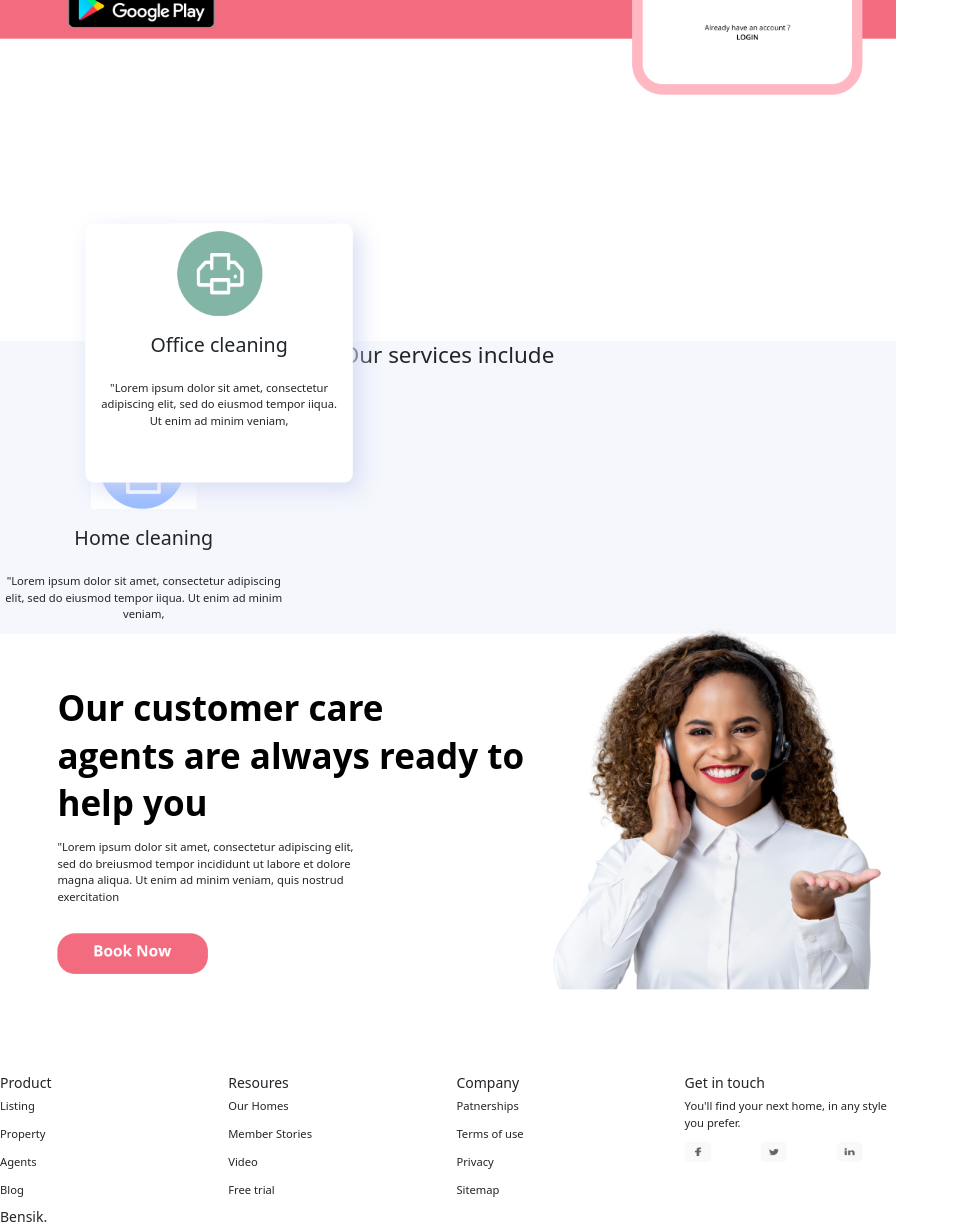
Repository: uy022/QuocUybaitapgiuaki
Page: index.html
The author's editor kept a copy of each file at every save. The page is drawn from the files as they stood at one save, then again after the next save.
The browser window is 1280 px wide. The page is 1393 px wide, so the pictures cover 1393 px, including what lies to the right of the window. The pictures show the part of the page from y = 1315 to 3075 px (the page is 3075 px tall before and 2775 px after), at 70% of full size.

Above is the page before, as saved 2022-08-31 02:32:27.

### index.html
<!DOCTYPE html>
<html>
    <head>
        <title> Bài tập giữa kỳ </title>
        <link href="node_modules/bootstrap/dist/css/bootstrap.min.css" rel="stylesheet" />
       <link rel="stylesheet" href="./css/style1.css">
    </head>
    <body>


        <div class="menu">
            <nav class="navbar navbar-expand-lg menu">
                <div class="container-fluid">
                  <div class="col-md-6 logo">
                    <img src="./imgs/Clean Cruiz LOGO 1.png" alt="">
                  </div>
                  <button class="navbar-toggler" type="button" data-bs-toggle="collapse" data-bs-target="#navbarSupportedContent" aria-controls="navbarSupportedContent" aria-expanded="false" aria-label="Toggle navigation">
                    <span class="navbar-toggler-icon"></span>
                  </button>
                  <div class="collapse navbar-collapse" id="navbarSupportedContent">
                    <ul class="navbar-nav me-auto  mb-2 mb-lg-0">
                      <li class="nav-item">
                        <a class="nav-link active" aria-current="page" href="#">Menu</a>
                      </li>
                      <li class="nav-item">
                        <a class="nav-link" href="#">About Us</a>
                      </li>
                      <li class="nav-item">
                        <a class="nav-link" href="#">Sevrices</a>
                      </li>
                      <li class="nav-item">
                        <a class="nav-link disabled">Contact</a>
                      </li>
                    </ul>
                    <form class="d-flex col-7" >
                      <button class="btn btn-outline-success" type="submit">Login</button>
                    </form>
                  </div>
                </div>
              </nav>
        </div>


        <div class="content">
          <div class=" container">
              <div class="title mt-5"> <br>
                <p>Let us handle your <br> next cleaning</p>
              </div>
              <div class="row">
                  <div class="col-5">
                      <div class="item">
                          <p>
                            "Lorem ipsum dolor sit amet, consectetur adipiscing elit, sed do breiusmod tempor incididunt ut labore et dolore magna aliqua. Ut enim ad minim veniam, quis nostrud exercitation
                          </p>
                          <div class="md-5">
                           <img src="./imgs/Book now.png" alt="">
                          </div>
                      </div>
                    </div>
        <br>
                 <div class = "col-6">
                    <div class="anh" ><br>
                        <img src="./imgs/Illustration 1 1.png" >
                    </div>
                 </div>
          </div>

        </div>
        <br><br><br><br><br><br><br><br><br>

        <div class="client dropup-center">
          <ul class ="d-flex justify-content-between align-items-center">
              <li><img src ="./imgs/1.png" alt=""></li>
              <li><img src ="./imgs/2.png" alt=""></li>
              <li><img src ="./imgs/3.png" alt=""></li>
              <li><img src ="./imgs/4.png" alt=""></li>
              <li><img src ="./imgs/5.png" alt=""></li>
              <li><img src ="./imgs/6.png" alt=""></li>
        </ul>
        </div>
        <br><br>
        <div class="content2">
          <div class=" container">
              <div class="title1 mt-5">
                <p>Download the Clean Cruiz App on playstore and get 10% discount!</p>
              </div>
              <div class="row">
                  <div class="col-5">
                      <div class="item">
                          <p>
                            "Lorem ipsum dolor sit amet, consectetur adipiscing elit, sed do eiusmod tempor incididunt ut labore et dolore magna aliqua. Ut enim ad minim veniam,
                          </p>
                          <div class="md-5">
                           <img src="./imgs/Google play 1.png" alt="">
                          </div>
                      </div>
                    </div>

                 <div class = "col-6">
                    <div class="an" >
                        <img src="./imgs/iPhone 11 Pro Max - 2 1.png" >
                    </div>
                 </div>
          </div>

        </div>
      </div>
       <br><br><br><br><br><br><br><br><br><br><br><br><br><br><br><br><br><br>
        <div class="tieude">
         <h2>Our services include</h2><br><br><br>
        </div>

        <div class= "conte">
          <div class= "row">
             <div class ="col-4 anh1">
              <img src="./imgs/Slice 1.png" alt=""><br><br>
              <h3>Office cleaning</h3><br>
               <p>"Lorem ipsum dolor sit amet, consectetur adipiscing elit, sed do eiusmod tempor iiqua. Ut enim ad minim veniam,</p>
             </div>
             <div class ="col-4 anh 2">
              <img src="./imgs/Slice 2.png" alt=""><br><br>
              <h3>Out door cleaning</h3><br>
                <p>"Lorem ipsum dolor sit amet, consectetur adipiscing elit, sed do eiusmod tempor iiqua. Ut enim ad minim veniam,</p>
             </div>
             <div class ="col-4 anh3">
              <img src="./imgs/Slice 3.png" alt=""><br><br>
              <h3>Home cleaning</h3><br>
                <p>"Lorem ipsum dolor sit amet, consectetur adipiscing elit, sed do eiusmod tempor iiqua. Ut enim ad minim veniam,</p>
             </div>
          </div>
       </div>

       <div class="content">
        <div class=" container">
            <div class="title mt-5"> <br>
              <p>Our customer care <br> agents are always ready to <br> help you</p>
            </div>
            <div class="row">
                <div class="col-5">
                    <div class="item">
                        <p>
                          "Lorem ipsum dolor sit amet, consectetur adipiscing elit, sed do breiusmod tempor incididunt ut labore et dolore magna aliqua. Ut enim ad minim veniam, quis nostrud exercitation
                        </p>
                        <div class="md-5"><br>
                         <img src="./imgs/Book now.png" alt="">
                        </div>
                    </div>
                  </div>

               <div class = "col-6">
                  <div class="a" >
                      <img src="./imgs/Woman 1 1.png" >
                  </div>
               </div>
        </div>

      </div>
      <br><br><br><br><br><br>
      <div class="footer">
        <div class="row align-items-start">
          <div class="col">
            <h5>Product</h5>
            <p>Listing</p>
            <p>Property</p>
            <p>Agents</p>
            <div>Blog</div>
          </div>
          <div class="col">
            <h5>Resoures</h5>
            <p>Our Homes</p>
            <p>Member Stories</p>
            <p>Video</p>
            <p>Free trial</p>
          </div>
          <div class="col">
            <h5>Company </h5>
            <p>Patnerships</p>
            <p>Terms of use</p>
            <p>Privacy</p>
            <p>Sitemap</p>
          </div>
          <div class="col">
            <h5>Get in touch</h5>
            <p>You'll find your next home, in any style you prefer.</p>
            <div class="n row">
            <div class="col-4">
              <img src="./imgs/Facebook icon.png" alt="">
            </div >
            <div class="col-4">
              <img src="./imgs/twitter icon.png" alt="">
            </div>
            <div class="col-4">
              <img src="./imgs/lindedin icon.png" alt="">
            </div>
            </div>
          </div>
      </div>
      <div>
        <h5>Bensik.</h5>
      </div>


    </body>
    <script src="/node_modules/bootstrap/dist/js/bootstrap.min.js"> </script>
</html>

### css/style1.css
.title p{
    font-family: 'Open Sans';
font-style: normal;
font-weight: 700;
font-size: 50px;
line-height: 68px;
color: #000000;
}
.fone{


    font-family: 'Open Sans';
    font-style: normal;
    font-weight: 300;
    font-size: 16px;
    line-height: 22px;

    color: #000000;


}
.anh{
    position: absolute;
width: 771px;
height: 439px;
left: 596px;
top: 84px;

}
.client ul li {
    list-style: none;
    padding-right: 20px;
    margin-bottom: 100px;
  }
.body{
    margin: auto;
}
.an{
    position: absolute;
width: 299px;
height: 647px;
left: 903px;
top: 774px;

}
.menu{
    left: 3cm;
}

.body{
    margin: 0%;
}
.tieude{
    text-align: center;
    background-color: #F5F7FD;
}
.content2{
    background-color:#F36B7F ;
}
.title1{
width: 506px;
height: 176px;
left: 120px;
top: 898px;

font-family: 'Open Sans';
font-style: normal;
font-weight: 800;
font-size: 40px;
line-height: 54px;

color: #FFFFFF;

}
.conte{
text-align: center;
background-color: #F5F7FD;
}
.a{
    position: absolute;
    width: 661px;
    height: 562px;
    left: 631px;
    top: 2167px;
}
.anh1{
    position: absolute;
width: 382px;
height: 370px;
left: 122px;
top: 1635px;

background: #FFFFFF;
box-shadow: 10px 10px 30px rgba(210, 218, 242, 0.87);
border-radius: 12px;
}
.anh2{
    position: absolute;
width: 385px;
height: 370px;
left: 542px;
top: 1635px;

background: #FFFFFF;
box-shadow: 10px 10px 30px rgba(210, 218, 242, 0.87);
border-radius: 12px;
}

Loaded but not shown: node_modules/bootstrap/dist/css/bootstrap.min.css (library); node_modules/bootstrap/dist/js/bootstrap.min.js (library)

After the next save:
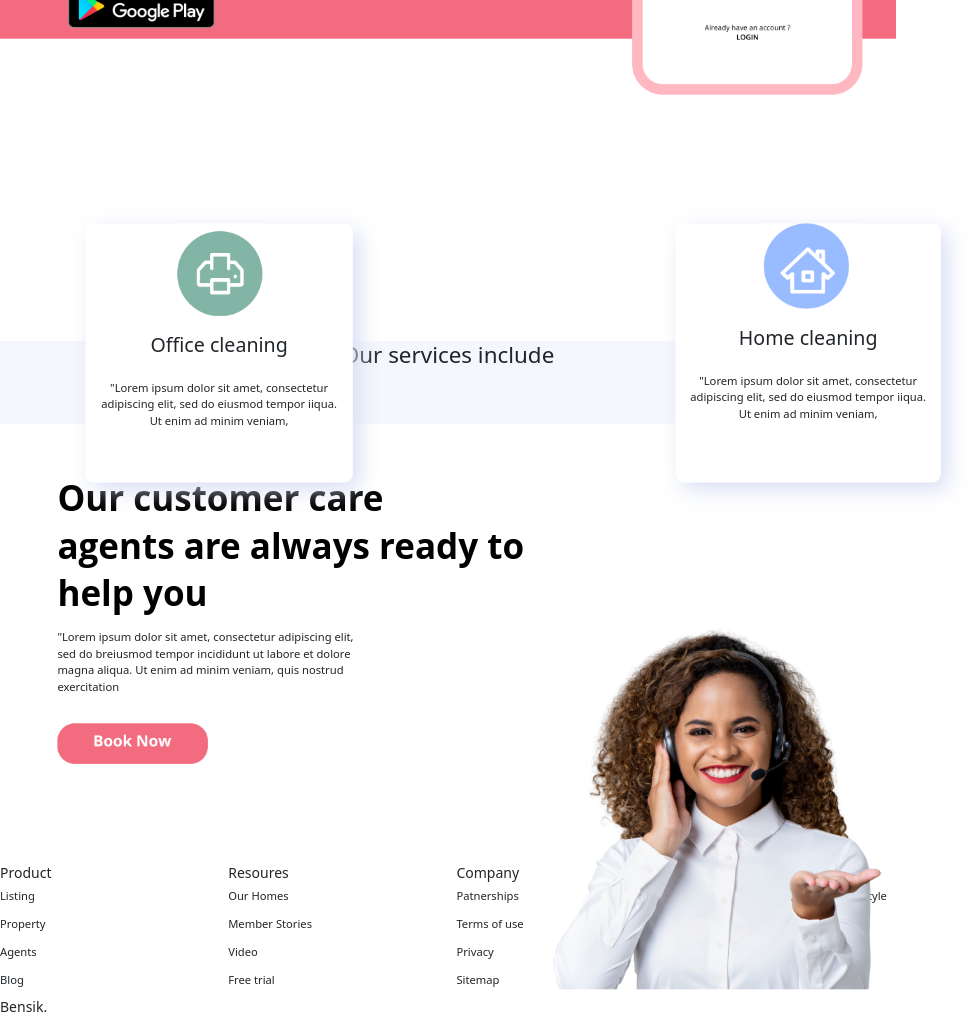
Saved 21 s later.
--- a/css/style1.css
+++ b/css/style1.css
@@ -105,3 +105,14 @@
 box-shadow: 10px 10px 30px rgba(210, 218, 242, 0.87);
 border-radius: 12px;
 }
+.anh3{
+    position: absolute;
+width: 379px;
+height: 370px;
+left: 965px;
+top: 1635px;
+
+background: #FFFFFF;
+box-shadow: 10px 10px 30px rgba(210, 218, 242, 0.87);
+border-radius: 12px;
+}
